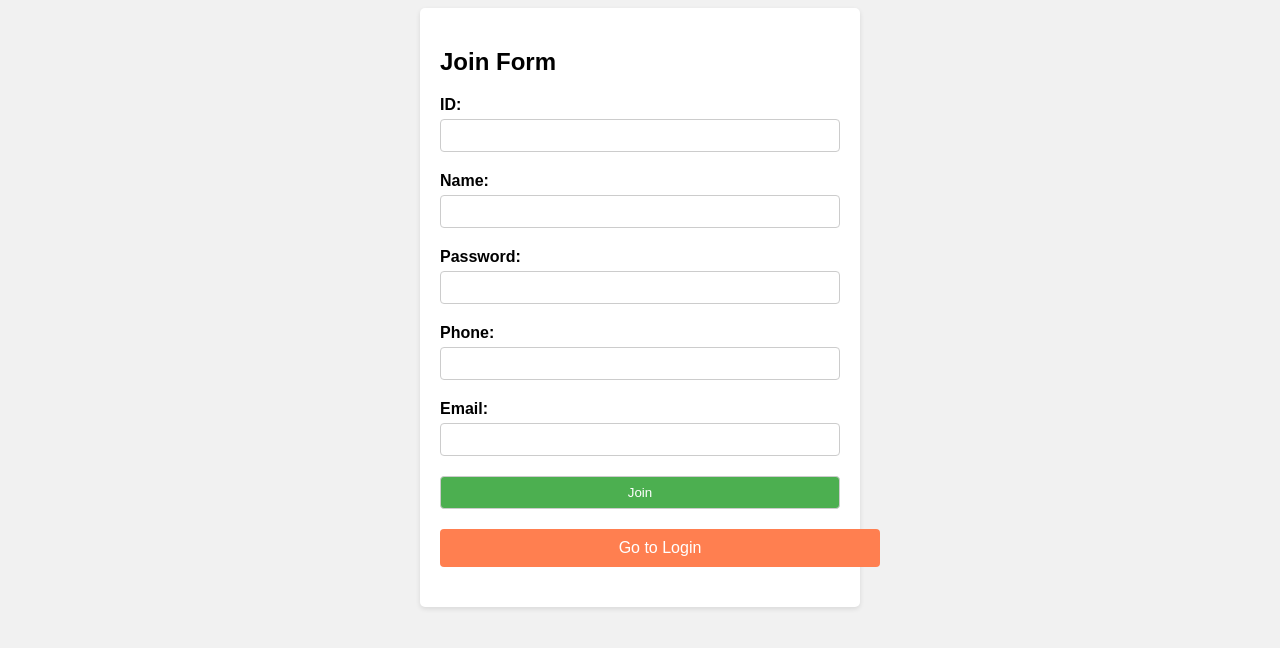
Repository: i-kemen/jsp
Page: WebTest/src/main/webapp/join.html
An editor plug-in stored every save of this project. The page is shown before and after a run of saves, followed by the edit.
The browser window is 1280 px wide. The pictures show the whole page.

Above is the page before, as saved 2023-06-26 11:06:28.

After the next 2 saves:
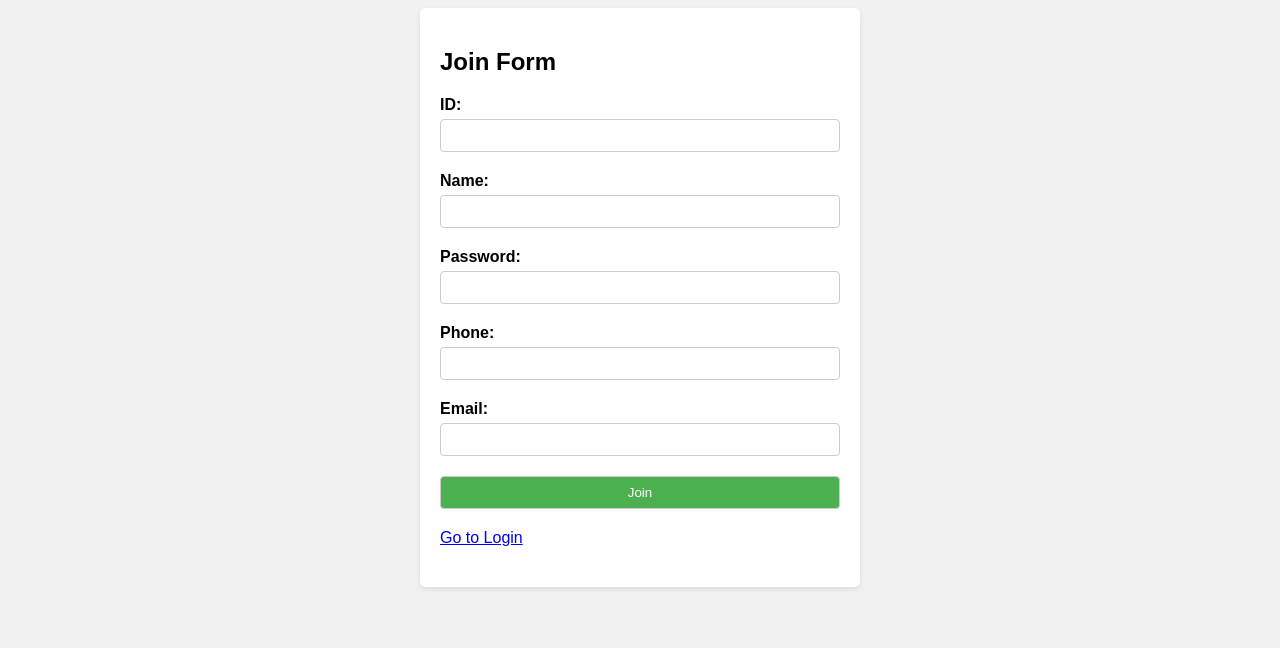
The 2 saves are shown as one change because they came seconds apart.
The last was saved 5 s later.
--- a/WebTest/src/main/webapp/join.html
+++ b/WebTest/src/main/webapp/join.html
@@ -40,7 +40,6 @@
             background-color: #4CAF50;
             color: #fff;
             cursor: pointer;
-            width: 100%;
         }
 
         .form-group input[type="submit"]:hover {
@@ -52,29 +51,9 @@
             margin-top: 5px;
         }
 
-        .form-group a {
-            display: inline-block;
-            background-color: #007bff;
-            color: #fff;
-            padding: 10px 20px;
-            border-radius: 4px;
-            text-decoration: none;
-            width: 100%;
-            text-align: center;
-        }
 
-        .form-group a:hover {
-            background-color: #0069d9;
-        }
 
-        /* 수정된 부분 */
-        .form-group a.login-link {
-            background-color: #ff7f50;
-        }
 
-        .form-group a.login-link:hover {
-            background-color: #ff6347;
-        }
     </style>
     <script>
         function validateForm() {
@@ -132,9 +111,8 @@
                 <input type="submit" value="Join">
             </div>
         </form>
-
         <div class="form-group">
-            <a href="login.html" class="login-link">Go to Login</a>
+            <a href="login.html">Go to Login</a>
         </div>
     </div>
 </body>
